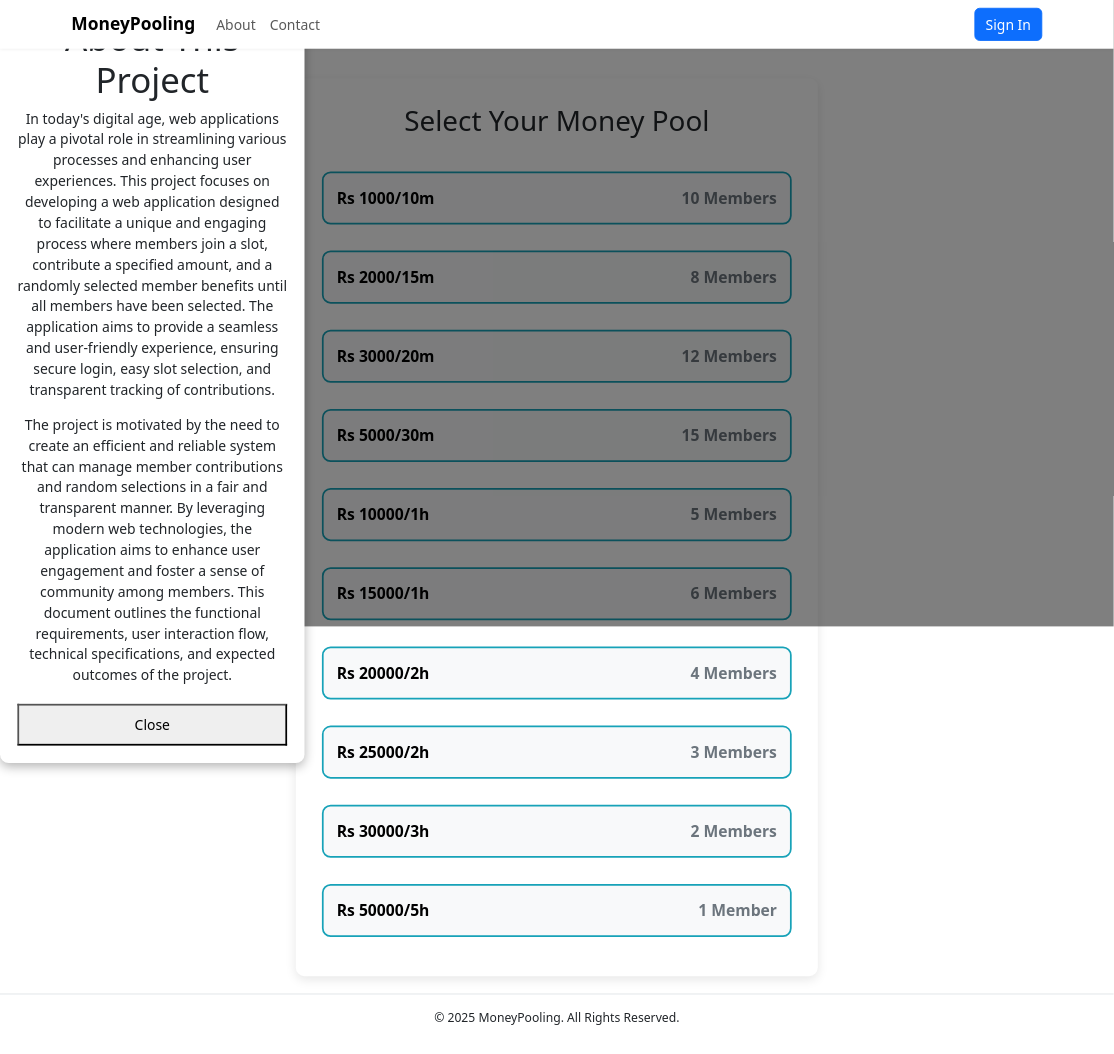
Repository: xxgautm420/MoneyPool
Page: templates/Index.html
An editor plug-in stored every save of this project. The page is shown before and after the next save, followed by the edit.
The browser window is 1280 px wide. The pictures show the whole page, at 87% of full size.
After loading, the first visible `#aboutLink` was clicked once.
The page is served by the project's application, run on Flask 3 (app.py). The template is opened directly, without the code that normally fills it, so the values that code supplies are empty.

Above is the page before, as saved 2025-03-02 10:04:12.
Console error: ReferenceError: closeAboutForm is not defined

After the next save:
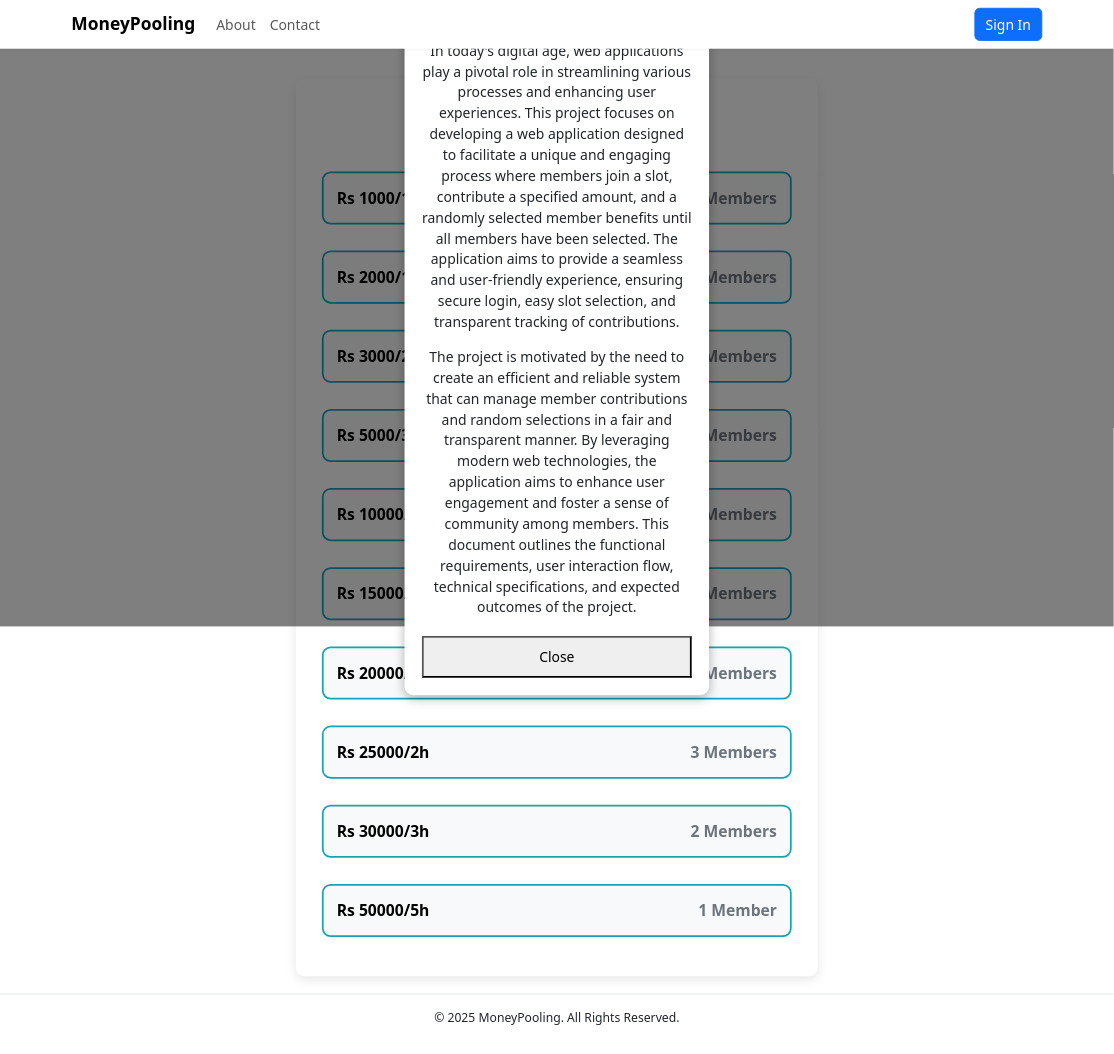
The error is gone.
Saved 17 s later.
--- a/static/Script/script.js
+++ b/static/Script/script.js
@@ -60,37 +60,6 @@ document.addEventListener("DOMContentLoaded", () => {
         }
     });
 
-    // registrationSubmit.addEventListener("click", (event) => {
-    //     event.preventDefault();
-
-    //     let username = document.getElementById("registerUsername").value;
-    //     let password = document.getElementById("registerPassword").value;
-
-    //     if (username && password) {
-    //         fetch('/api/users/register', {
-    //             method: 'POST',
-    //             headers: {
-    //                 'Content-Type': 'application/json'
-    //             },
-    //             body: JSON.stringify({ username: username, password: password })
-    //         })
-    //         .then(response => response.json())
-    //         .then(data => {
-    //             if (data.success) {
-    //                 alert(`Registration successful, ${username}!`);
-    //             } else {
-    //                 alert('Registration failed: ' + data.message);
-    //             }
-    //         })
-    //         .catch(error => {
-    //             console.error('Error:', error);
-    //             alert('An error occurred during registration. Please try again.');
-    //         });
-    //     } else {
-    //         alert("Please enter username and password.");
-    //     }
-    // });
-
     // Show Join Pool Form on Slot Click
     slots.forEach(slot => {
         slot.addEventListener("click", () => {
@@ -106,24 +75,17 @@ document.addEventListener("DOMContentLoaded", () => {
     closeJoinPool.addEventListener("click", () => {
         joinPoolForm.style.display = "none";
     });
-});
 
-
-
-
-//about form
-document.addEventListener("DOMContentLoaded", function() {
+    // About Form
     const aboutLink = document.getElementById("aboutLink");
     const aboutFormContainer = document.getElementById("aboutFormContainer");
 
     aboutLink.addEventListener("click", function(event) {
         event.preventDefault();
-        aboutFormContainer.style.display = "block";
+        aboutFormContainer.style.display = "flex";
     });
 
     closeAboutForm.addEventListener("click", () => {
         aboutFormContainer.style.display = "none";
     });
-
-
 });
